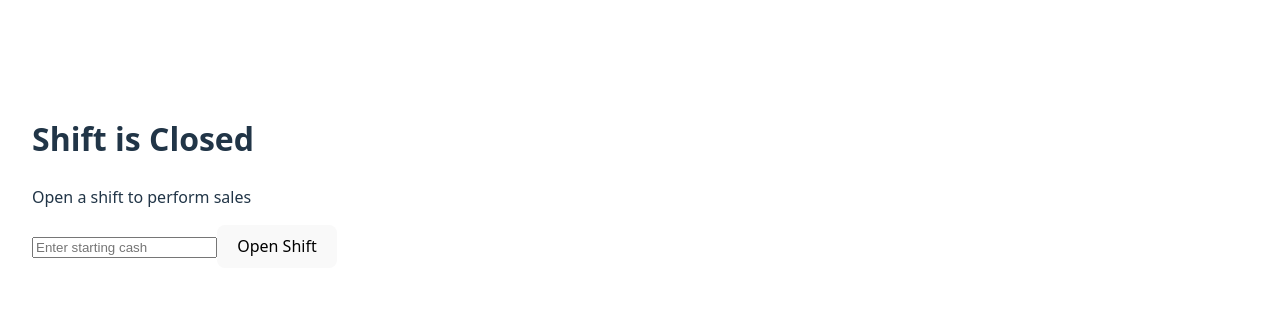
Repository: iEstebanx/quscina
Page: /shift
An editor plug-in stored every save of this project. The page is shown before and after a run of saves, followed by the edit.
The browser window is 1280 px wide. The pictures show the whole page.
The project was rebuilt for these pictures with package versions that can differ from the ones it lists, and the page was loaded fresh each time. Also part of the build but not shown: vite.config.js, src/layouts/EmptyLayout.module.css, src/layouts/EmptyLayout.jsx, src/pages/Login/Login.module.css, src/pages/Login/LoginPage.jsx, src/components/Guards/RequireShift.jsx, src/pages/Menu/Menu.module.css, src/pages/Menu/MenuPage.jsx and 7 more.

Above is the page before, as saved 2025-07-19 22:42:53.

After the next 2 saves:
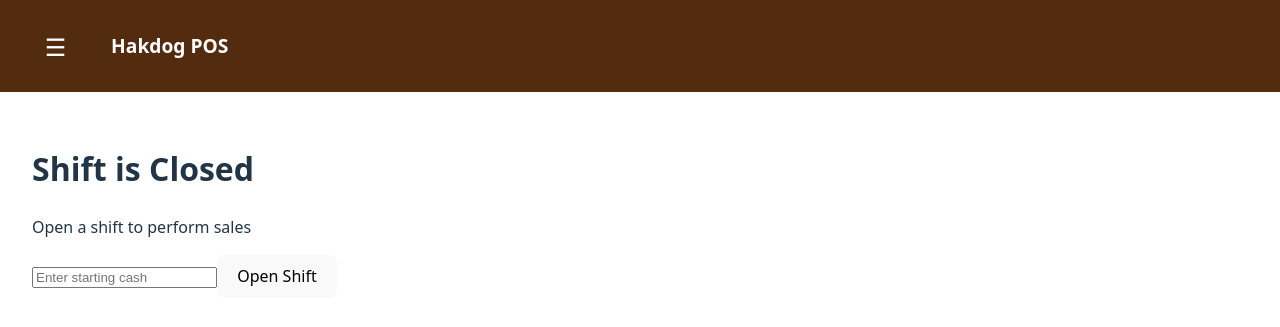
The 2 saves are shown as one change because they came seconds apart.
The last was saved 7 s later.
--- a/src/components/Header/Header.jsx
+++ b/src/components/Header/Header.jsx
@@ -1,36 +1,43 @@
-import { useState } from 'react';
-import { useNavigate } from 'react-router-dom'; // ✅ Import navigation
-import styles from '../Header/Header.module.css'; // Adjust if needed
+import styles from '../Header/Header.module.css';
+import { useState } from 'react'
 
 function Header() {
   const [isOpen, setIsOpen] = useState(false);
-  const navigate = useNavigate(); // ✅ Initialize navigate
-
-  const handleNavigate = (path) => {
-    navigate(path);
-    setIsOpen(false); // Close menu after navigation (optional)
-  };
 
   return (
-    <header className={styles['top-header']}>
-      <button
-        className={styles.hamburger}
-        onClick={() => setIsOpen(!isOpen)}
-      >
-        ☰
-      </button>
+    <>
+      <header className={styles.topHeader}>
+        <button className={styles.hamburger} onClick={() => setIsOpen(true)}>
+          ☰
+        </button>
+        <h1 className={styles.brand}>Hakdog POS</h1>
+      </header>
 
       {isOpen && (
+        <div className={styles.overlay} onClick={() => setIsOpen(false)}></div>
+      )}
+
+      <aside className={`${styles.sidebar} ${isOpen ? styles.sidebarOpen : ''}`}>
         <nav className={styles.menu}>
-          <ul>
-            <li onClick={() => handleNavigate('/menu')}>Sales</li>
-            <li onClick={() => handleNavigate('/receipts')}>Receipt Page</li>
-            <li onClick={() => handleNavigate('/shift')}>Shift History</li>
+          <div className={styles.profile}>
+            <div className={styles.name}>Harley Reginald</div>
+            <div className={styles.id}>20250005</div>
+            <div className={styles.role}>Cashier</div>
+          </div>
+
+          <ul className={styles.navLinks}>
+            <li><a href="#">🛒 Sales</a></li>
+            <li><a href="#">📄 Receipt</a></li>
+            <li><a href="#">⏱️ Shift</a></li>
           </ul>
+
+          <div className={styles.logout}>
+            <a href="#">🔓 Logout</a>
+          </div>
         </nav>
-      )}
-    </header>
+      </aside>
+    </>
   );
 }
 
-export default Header;
+export default Header
